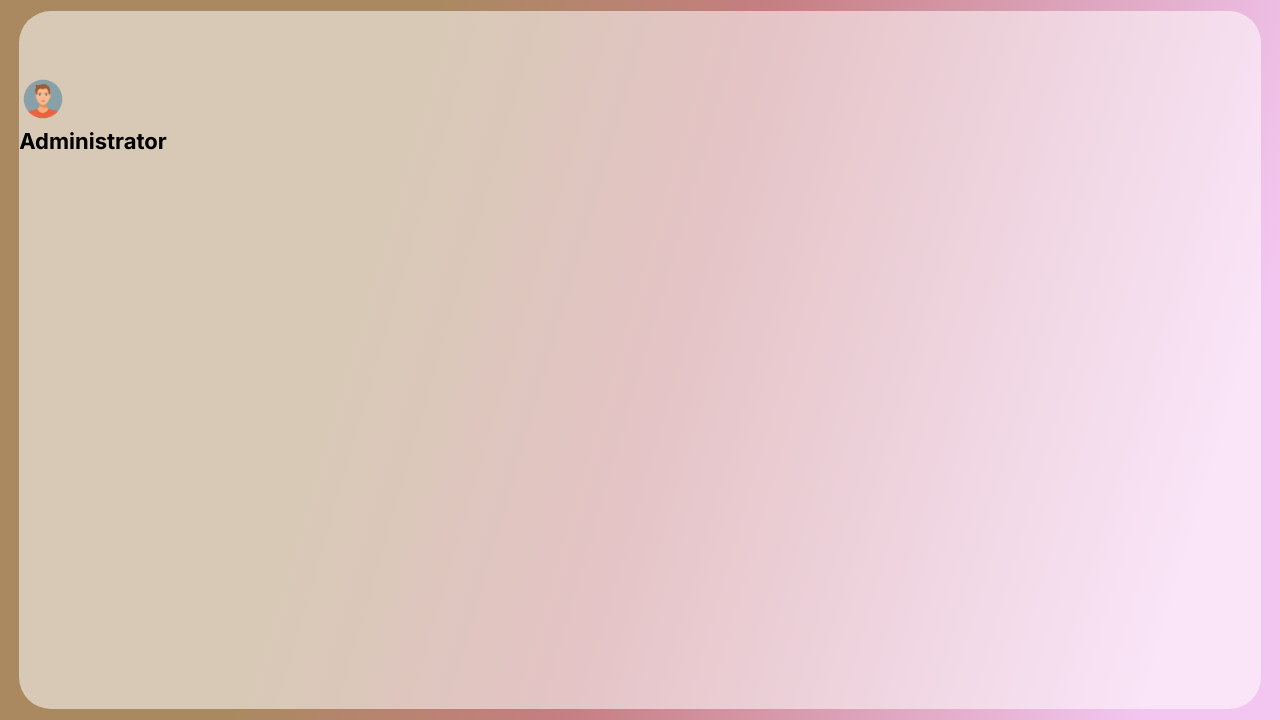
Repository: Zeeohn/react-admin-dash1
Page: /
The author's editor kept a copy of each file at every save. The page is drawn from the files as they stood at one save, then again after the next save.
The browser window is 1280 px wide. The pictures show the whole page.
The project was rebuilt for these pictures with package versions that can differ from the ones it lists, and the page was loaded fresh each time.

Above is the page before, as saved 2022-05-20 11:52:57.

After the next save:
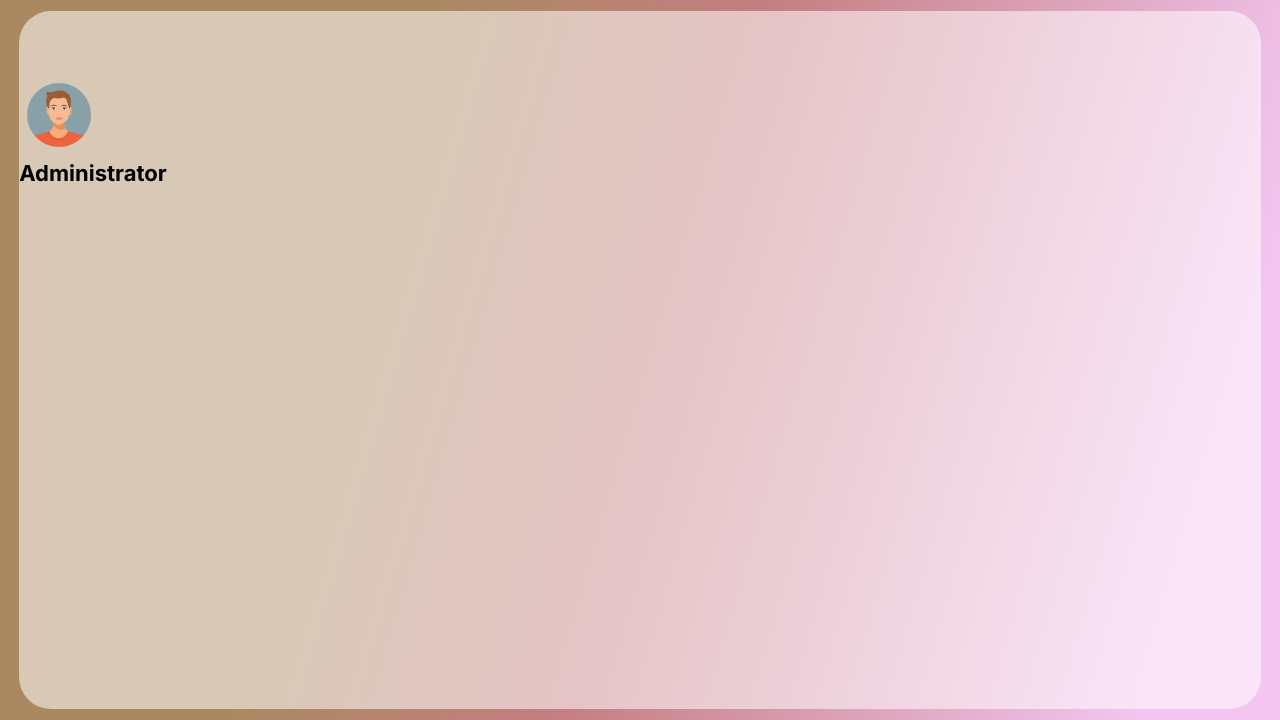
Saved 34 s later.
--- a/src/components/sidebar/Sidebar.css
+++ b/src/components/sidebar/Sidebar.css
@@ -14,10 +14,10 @@
   gap: 1rem;
   align-items: center;
   justify-content: center;
-  height: 4%;
+  height: 2%;
 }
 
 .logo > img {
-  width: 3rem;
-  height: 3rem;
+  width: 5rem;
+  height: 5rem;
 }
